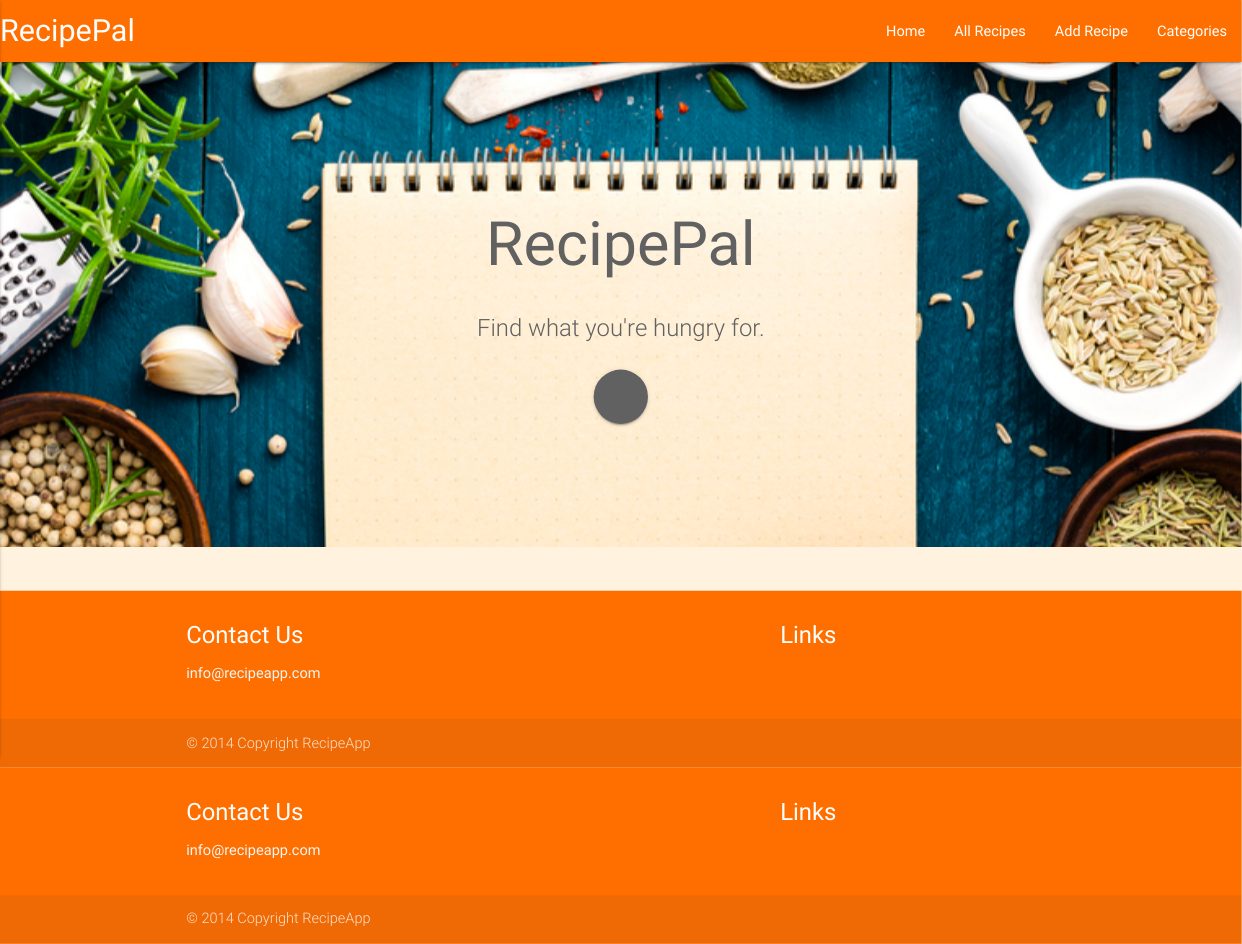
Repository: darhewitt/recipe-app-gp
Page: templates/recipes.html
The author's editor kept a record of every edit. The page is drawn from the files as they stood at one moment, then again after the next edit.
The browser window is 1280 px wide. The pictures show the whole page, at 97% of full size.
Some web libraries are served in a nearby version. The page is served by the project's application, run on Flask 3 (app.py). The template is opened directly, without the code that normally fills it, so the values that code supplies are empty.

Above is the page before.
Console error: ReferenceError: $ is not defined

After the next edit:
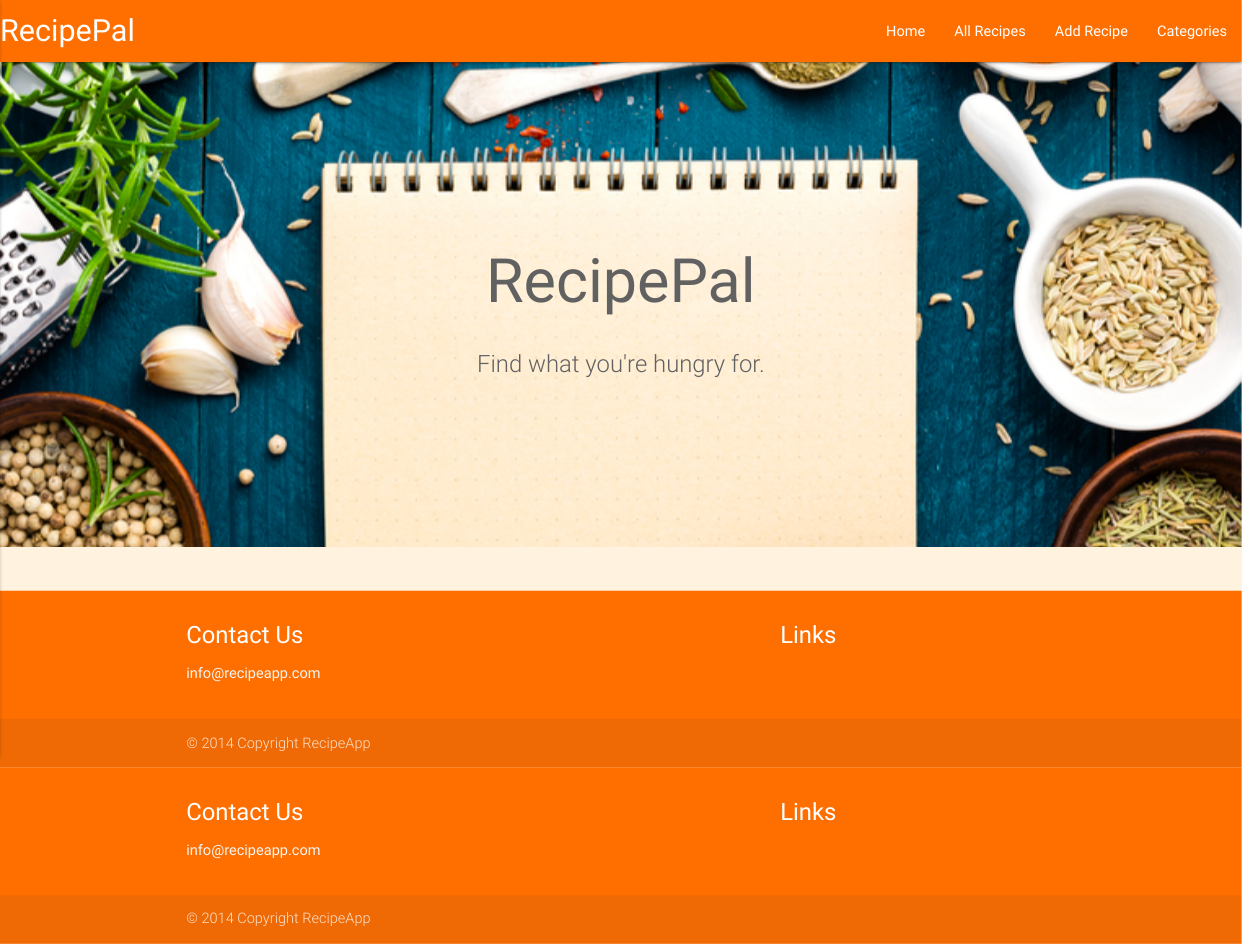
The edit:
--- a/templates/recipes.html
+++ b/templates/recipes.html
@@ -8,9 +8,6 @@
       <h1 class="header center grey-text text-darken-2">RecipePal</h1>
       <div class="row center">
         <h5 class="header col s12 light grey-text text-darken-2">Find what you're hungry for.</h5>
-      </div>
-      <div class="row center">
-        <a href="#startPosts" class="btn-floating btn-large waves-effect waves-light grey darken-2 head-link"><i class="fa fa-angle-double-down"></i></a>
       </div>
       <br><br>
 
